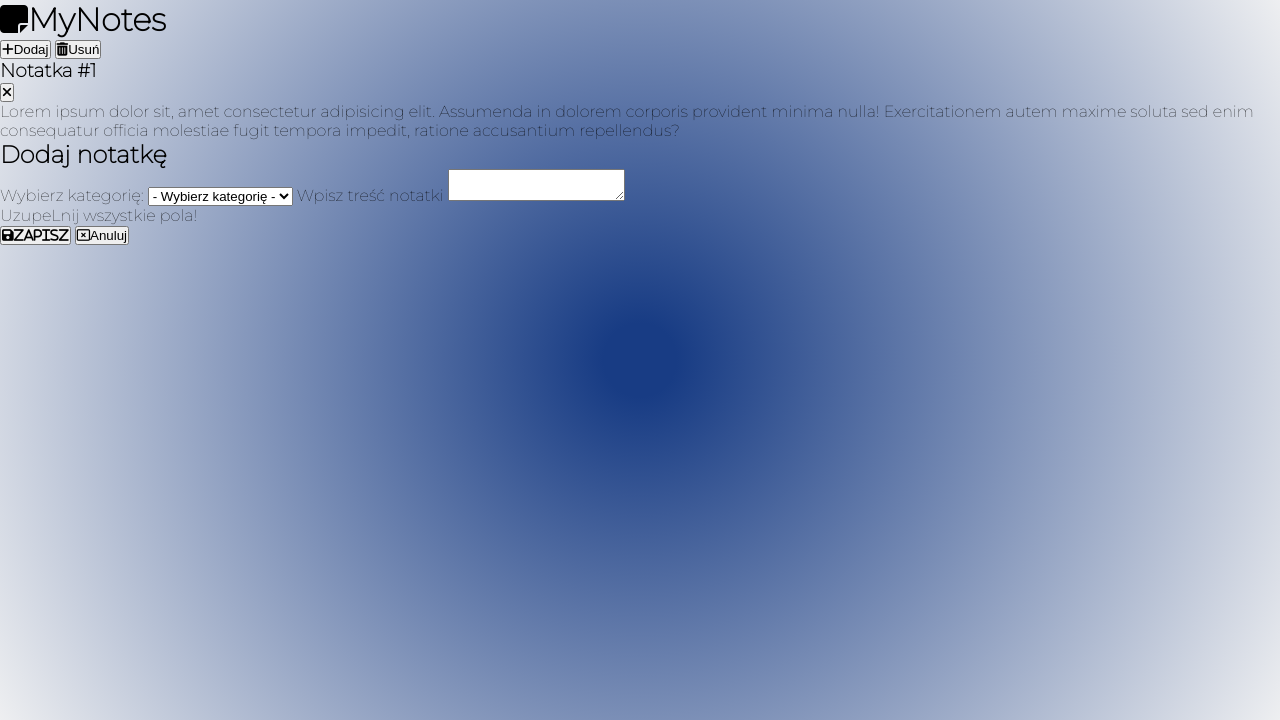
Repository: KrzysKolo/Projekt-7_Notes
Page: js/index.html
These files come from the project's save history. The page is drawn as it stood at one moment and after the next save; the edit follows.
The browser window is 1280 px wide. The pictures show the whole page.
Some web libraries are served in a nearby version.

Above is the page before, as saved 2020-07-07 13:34:18.
Console error: SyntaxError: Unexpected token '<'

After the next save:
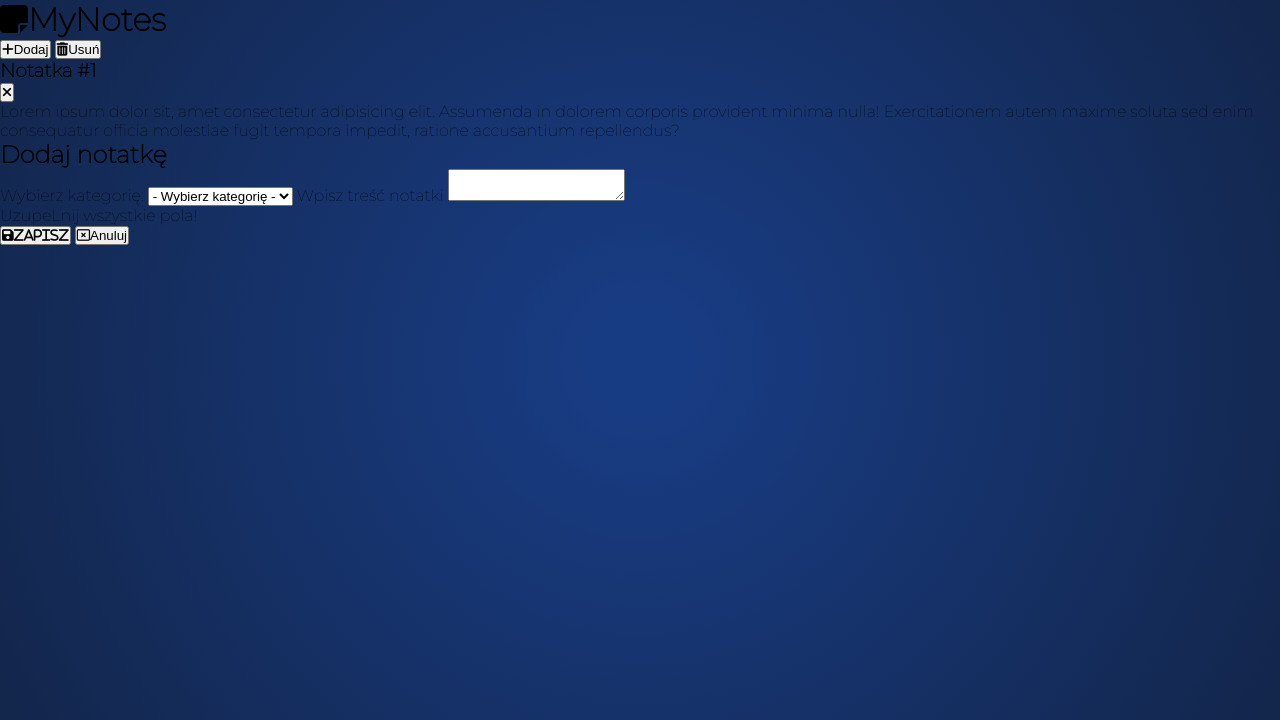
Saved 52 s later.
--- a/css/style.css
+++ b/css/style.css
@@ -9,6 +9,6 @@ body {
   background-image: radial-gradient(
     circle,
     rgba(24, 60, 132, 1) 5%,
-    rgba(238, 239, 241, 1) 100%
+    rgba(19, 38, 75, 1) 100%
   );
 }
